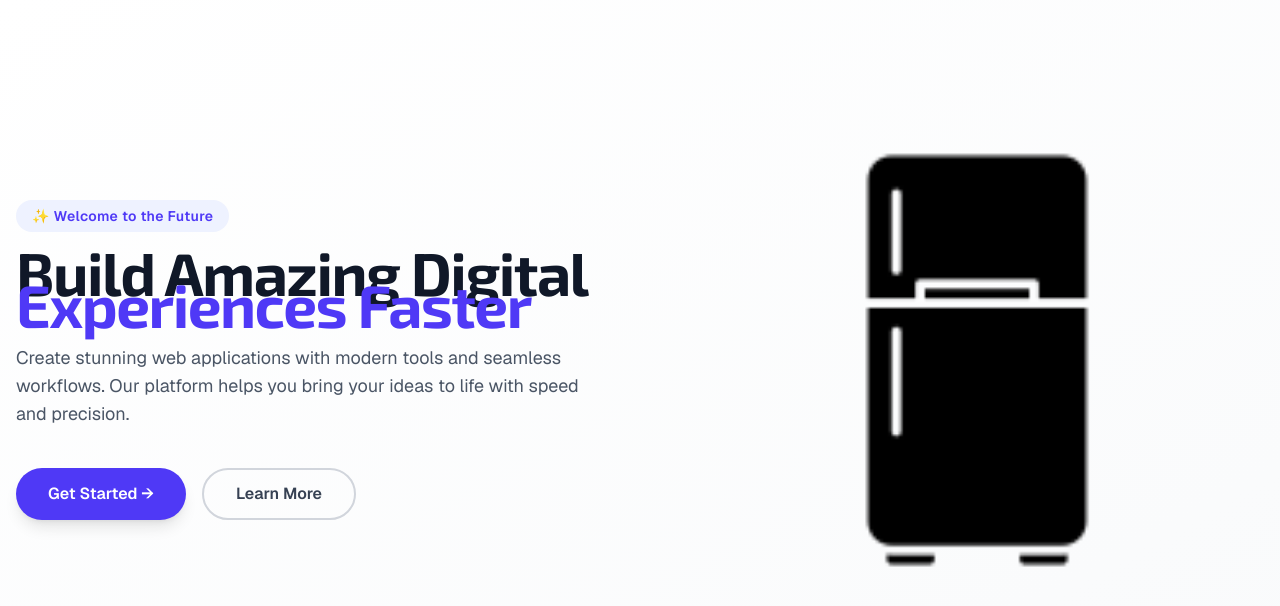
Repository: deepak445566/repai
Page: / (app in repair/)
The author's editor kept a copy of each file at every save. The page is drawn from the files as they stood at one save, then again after the next save.
The browser window is 1280 px wide. The pictures show the whole page.
The project was rebuilt for these pictures with package versions that can differ from the ones it lists, and the page was loaded fresh each time. The framework's server and built-in components were replaced by stand-ins that run in the browser. Also part of the build but not shown: repair/next.config.mjs.

Above is the page before, as saved 2026-04-15 12:12:46.

After the next save:
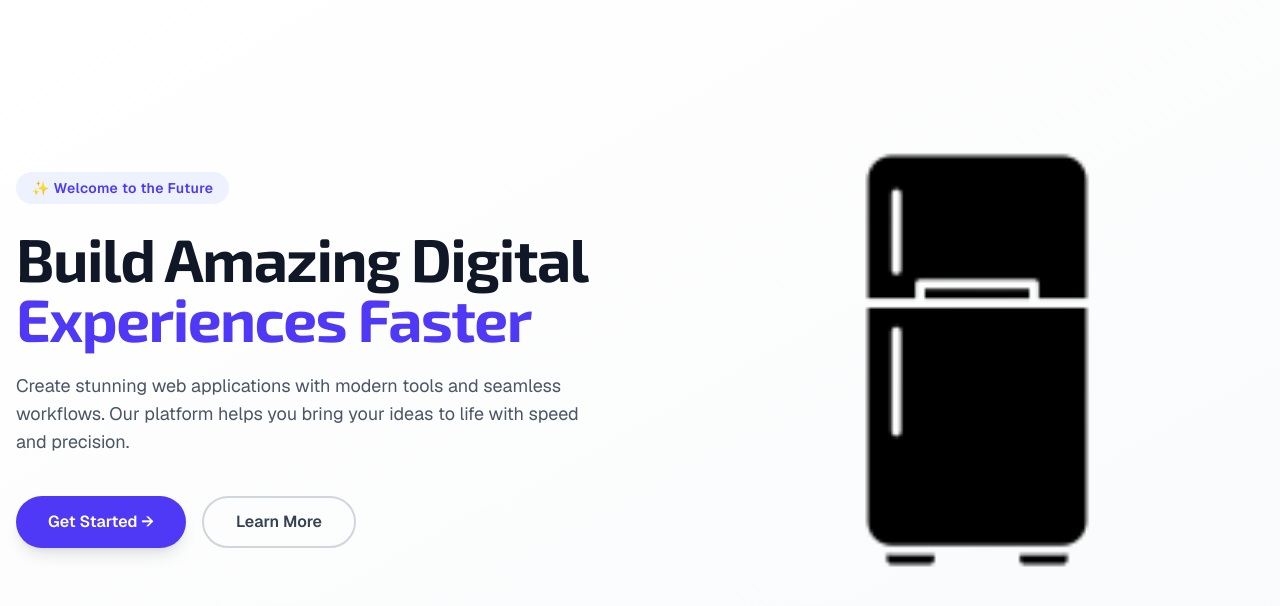
Saved 4 s later.
--- a/repair/src/components/heroPage.jsx
+++ b/repair/src/components/heroPage.jsx
@@ -12,7 +12,7 @@ export default function HeroPage() {
               ✨ Welcome to the Future
             </div>
 
-            <h1 className="text-4xl sm:text-5xl lg:text-6xl font-bold tracking-tight text-gray-900 leading-8 exo">
+            <h1 className="text-4xl sm:text-5xl lg:text-6xl font-bold tracking-tight text-gray-900 leading-15 exo">
               Build Amazing Digital
               <span className="text-indigo-600 block"> Experiences Faster</span>
             </h1>
